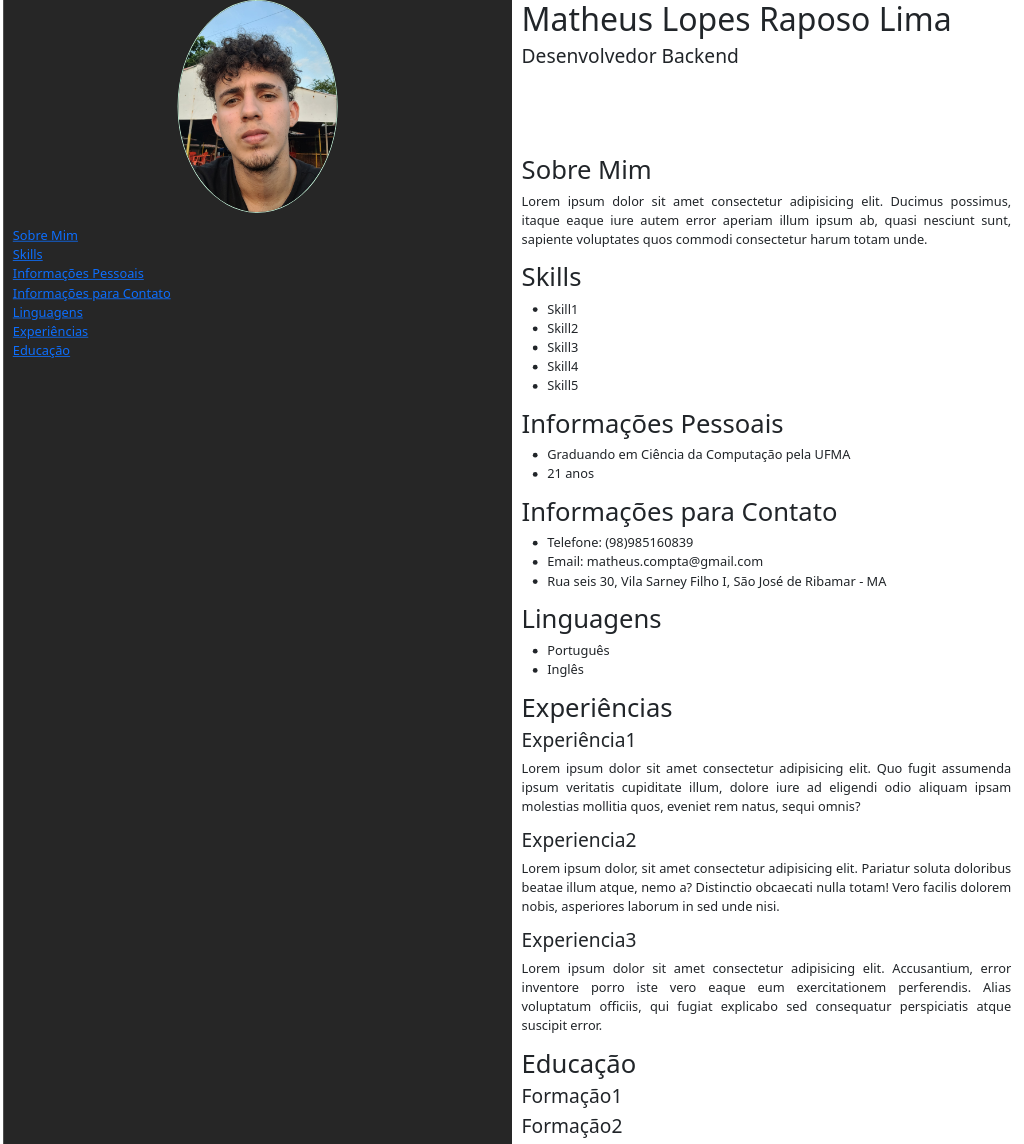
Repository: MaatheusRaposo/Curriculo_Web
Page: index.html
The author's editor kept a copy of each file at every save. The page is drawn from the files as they stood at one save, then again after the next save.
The browser window is 1280 px wide. The pictures show the whole page, at 80% of full size.

Above is the page before, as saved 2026-05-28 01:18:16.

After the next save:
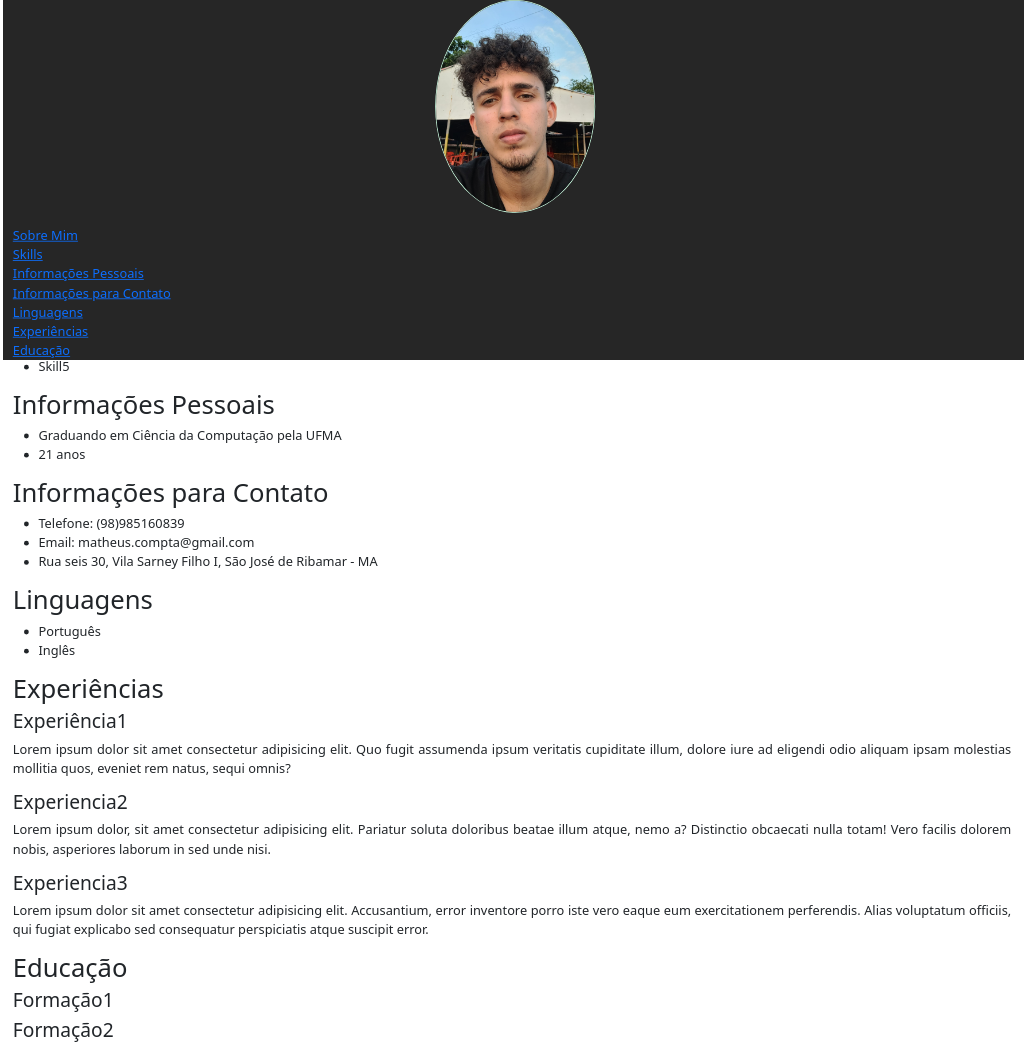
Saved 14 s later.
--- a/assets/css/style.css
+++ b/assets/css/style.css
@@ -6,7 +6,7 @@
 
 #coluna-esquerda {
     background-color: #262626;
-    position: sticky;
+    position: fixed;
 }
 
 @media screen and (min-width: 768px) {

After the 2 saves that followed:
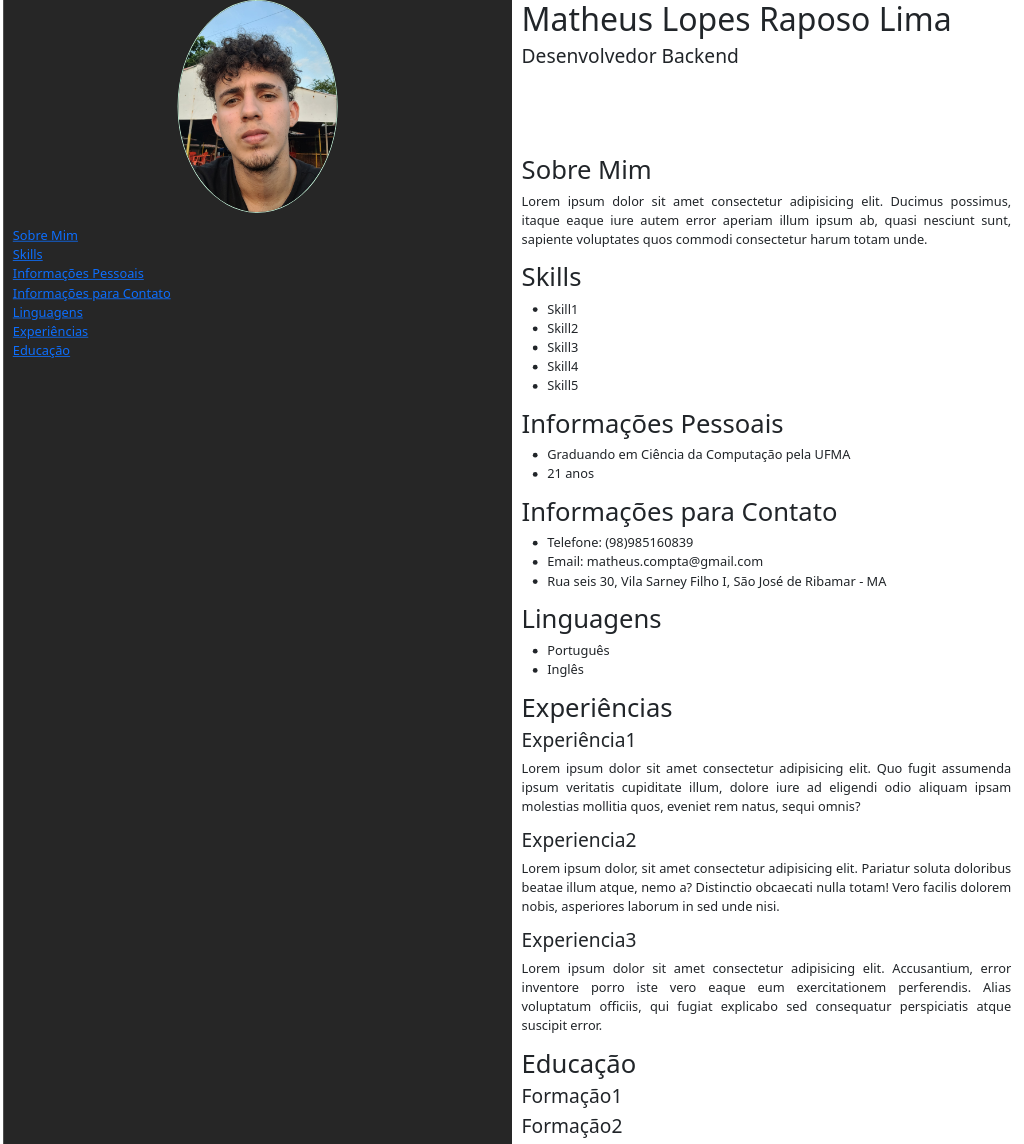
The 2 saves are shown as one change because 1 left the picture as it was.
The last was saved 62 s later.
--- a/index.html
+++ b/index.html
@@ -9,7 +9,7 @@
 </head>
 <body>
     <div class="container-fluid px-3">
-        <div class="row align-items-stretch min-vh-100">
+        <div class="row">
             <div class="col text-light d-flex flex-column" id="coluna-esquerda">
                 <div class="d-flex justify-content-center align-items-center">
                     <img class="foto-perfil position-relative mb-3" src="assets/images/20230725_175129.jpg" alt="">
--- a/assets/css/style.css
+++ b/assets/css/style.css
@@ -6,7 +6,7 @@
 
 #coluna-esquerda {
     background-color: #262626;
-    position: fixed;
+    position: sticky;
 }
 
 @media screen and (min-width: 768px) {
